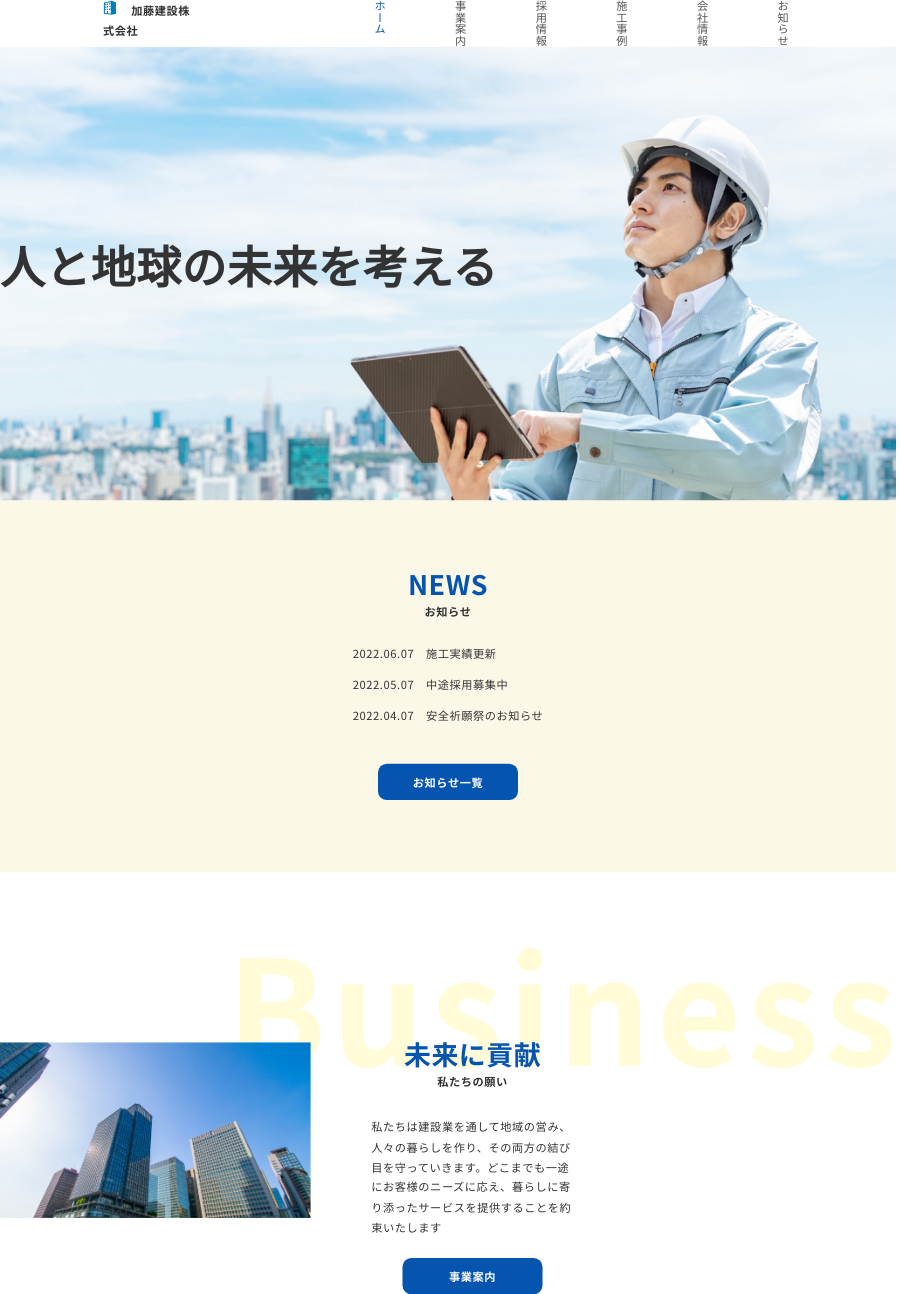
Repository: nozomi-23/hp1_test
Page: index.html
An editor plug-in stored every save of this project. The page is shown before and after the next save, followed by the edit.
The browser window is 1280 px wide. The page is 1289 px wide, so the pictures cover 1289 px, including what lies to the right of the window. The pictures show the whole page, at 70% of full size.

Above is the page before, as saved 2022-06-12 15:23:22.

### index.html
<!DOCTYPE html>
<html lang="ja">
<head>
<meta charset="UTF-8">
<title>加藤建設 株式会社</title>
<meta name="description" content="人と地球の未来を考える 加藤建設 株式会社">
<meta name="keywords" content="建築,土木,インフラ">
<meta name="viewport" content="width=device-width, initial-scale=1.0">
<meta property="og:title" content="建築依頼なら「加藤建設 株式会社」">
<meta property="og:type" content="article">
<meta property="og:url" content="https://withcode-plus.tech">
<meta property="og:image" content="img/logo.png">
<meta property="og:description" content="確かな技術力が自慢、インフラから地域貢献まで加藤建設にお任せ下さい">
<meta property="og:site_name" content="加藤建設 株式会社">
<link rel="icon" href="img/favicon.ico">
<link rel="apple-touch-icon" sizes="180x180" href="img/logo.png">
<link rel="preconnect" href="https://fonts.googleapis.com">
<link rel="preconnect" href="https://fonts.gstatic.com" crossorigin>
<link href="https://fonts.googleapis.com/css2?family=Noto+Sans+JP:wght@400;500;700&family=Noto+Serif+JP&display=swap"
  rel="stylesheet">
<link rel="stylesheet" type="text/css" href="css/reset.css">
<link rel="stylesheet" type="text/css" href="css/common1.css">
<link rel="stylesheet" type="text/css" href="css/index.css">
</head>
<body>
  <!-- =========header -->
  <header>
    <div class="header_wrapper">
      <div class="header_inner">
        <h1 class="header_left">加藤建設株式会社</h1>
        <nav class="header_right" >
          <ul class="header_list">
            <li><a href="#" class="color">ホーム</a></li>
            <li><a href="html/business.html">事業案内</a></li>
            <li><a href="html/recruit.html">採用情報</a></li>
            <li><a href="html/work.html">施工事例</a></li>
            <li><a href="html/company.html">会社情報</a></li>
            <li><a href="html/news.html">お知らせ</a></li>
          </ul>
        </nav>
      </div>
    </div>
  </header>
  <!-- =========main_view -->
  <main>
    <section class="main_wrapper">
      <div class="main_txt">
        <h3>人と地球の未来を考える</h3>
      </div>
    </section>
    <!-- =========news -->
    <section class="news section section_color">
      <div class="news_wrapper">
        <h2 class="title">NEWS<br>
          <small>お知らせ</small></h2>
        <ul class="news_list">
          <li>2022.06.07&emsp;施工実績更新</li>
          <li>2022.05.07&emsp;中途採用募集中</li>
          <li>2022.04.07&emsp;安全祈願祭のお知らせ</li>
        </ul>
        <div class="btn">
          <a href="html/news.html">お知らせ一覧</a>
        </div>
      </div>
    </section>
    <!-- =========business -->
    <section class="business section">
      <div class="business_wrapper">
        <div class="business_all">
          <div class="business_bg_wrapper">
            <div class="business_bg">
              <div class="business_bg_item">
                <p>Business</p>
              </div>
            </div>
          </div>
          <div class="business_block_wrapper">
            <div class="business_block_1">
              <img src="img/bussines_top.png" alt="事業案内画像">
            </div>
            <div class="business_block_2">
              <h2 class="title">未来に貢献<br>
                <small>私たちの願い</small>
              </h2>
              <p>私たちは建設業を通して地域の営み、人々の暮らしを作り、その両方の結び目を守っていきます。どこまでも一途にお客様のニーズに応え、暮らしに寄り添ったサービスを提供することを約束いたします</p>
              <div class="btn">
                <a href="html/business.html">事業案内</a>
              </div>
            </div>
          </div>
        </div>

      </div>
    </section>
  </main>
</body>
</html>

### css/reset.css
@charset "UTF-8";

html,
body,
div,
span,
object,
iframe,
h1,
h2,
h3,
h4,
h5,
h6,
p,
blockquote,
pre,
abbr,
address,
cite,
code,
del,
dfn,
em,
img,
ins,
kbd,
q,
samp,
small,
strong,
sub,
sup,
var,
b,
i,
dl,
dt,
dd,
ol,
ul,
li,
fieldset,
form,
label,
legend,
table,
caption,
tbody,
tfoot,
thead,
tr,
th,
td,
article,
aside,
canvas,
details,
figcaption,
figure,
footer,
header,
hgroup,
menu,
nav,
section,
summary,
time,
mark,
audio,
video {
  margin: 0;
  padding: 0;
  border: 0;
  outline: 0;
  font-size: 100%;
  vertical-align: baseline;
  background: transparent;
}

body {
  line-height: 1;
}

article,
aside,
details,
figcaption,
figure,
footer,
header,
hgroup,
menu,
nav,
section {
  display: block;
}

nav ul {
  list-style: none;
}

blockquote,
q {
  quotes: none;
}

blockquote:before,
blockquote:after,
q:before,
q:after {
  content: '';
  content: none;
}

a {
  margin: 0;
  padding: 0;
  font-size: 100%;
  vertical-align: baseline;
  background: transparent;
}

/* change colours to suit your needs */
ins {
  background-color: #ff9;
  color: #000;
  text-decoration: none;
}

/* change colours to suit your needs */
mark {
  background-color: #ff9;
  color: #000;
  font-style: italic;
  font-weight: bold;
}

del {
  text-decoration: line-through;
}

abbr[title],
dfn[title] {
  border-bottom: 1px dotted;
  cursor: help;
}

table {
  border-collapse: collapse;
  border-spacing: 0;
}

/* change border colour to suit your needs */
hr {
  display: block;
  height: 1px;
  border: 0;
  border-top: 1px solid #cccccc;
  margin: 1em 0;
  padding: 0;
}

input,
select {
  vertical-align: middle;
}

### css/common1.css
@charset "UTF-8";

body {
  color: #333;
  letter-spacing: 0.05em;
  line-height: 1.8;
  font-family: 'Noto Sans JP', sans-serif ,'Noto Serif JP', serif;
  word-break: break-all;
}
li {
  list-style: none;
}

a {
  text-decoration: none;
}
.section {
  padding: 8% 0;
  position: relative;
}


/* タイトル */
.title {
  color: #0554B0;
  font-weight: bold;
  font-size: 2.4rem;
  line-height: 0.8;
  text-align: center;
}
.title small {
  font-size: 1rem;
  color: #333;
}
/* ボタン */
.btn {
  background-color: #0554B0;
  width: 200px;
  margin: 0 auto;
  line-height: 2;
  border-radius: 0.8rem;
}
.btn a {
  display: block;
  color: #fff;
  font-weight: bold;
  padding: 5%;
  text-align: center;
}
.btn:hover {
  opacity: 0.5;
}

### css/index.css
@charset "UTF-8";

/* =================
header
===================*/
.header_wrapper {
  display: flex;
  justify-content: center;
}
.header_inner {
  width: 77%;
  display: flex;
  justify-content: space-between;

}
.header_list {
  display: table;
}
.header_list li {
  display: table-cell;
  writing-mode: vertical-rl;
}
.header_list li a {
  color: #555;
}
.header_list li a:hover {
  opacity: 0.5;
}
.header_list li a.color {
  color: #0554B0;
}

.header_left::before {
  content: "";
  background: url(../img/name_icon.png) no-repeat ;
  background-size: contain;
  width: 30%;
  height: 30%;
  z-index: 1;
  display: inline-block;
}

/* =================
main_view
===================*/
.main_wrapper {
  background: url(../img/top_img.png)no-repeat center;
  background-size: cover;
  width: 100%;
  height: 90vh;
}
.main_txt {
  font-size: 4rem;
  font-weight: normal;
  font-family: 'Noto Serif JP';
  position: relative;
  top: 40%;
}
/* =================
news
===================*/
.section_color {
  background-color: #FCF8E8;
}
.news {
  text-align: center;
  display: block;
}

.news_list {
  padding: 3%;
  text-align: left;
  display: inline-block;

}
.news_list li {
  margin-bottom: 1rem;
}
/* =================
business
===================*/
.business_wrapper {
  position: absolute;
  top: 0;
}
.business_all {
  position: relative;
}
.business_block_wrapper {
  width: 100%;
  height: auto;
  display: flex;
  justify-content: space-between;
  position: absolute;
  top: 65%;
}


.business_block_1 {
  width: 46%;
}
.business_block_1 img{
  width: 100%;
  height: auto;
}
.business_block_2 {
  width: 30%;
  margin-right: 15%;
}

.business_block_2 p {
  padding: 15% 0 10% 0;
}
.business_bg {
  width: 80%;

}
.business_bg_wrapper {
  width: 83%;
  margin-left: auto;
}
.business_bg_item {
  width: 100%;
  /* background-color: aqua; */
}
.business_bg {
  margin-left: auto;
}
.business_bg_item p {
  color: rgba(255, 245, 109, 0.27);
  font-size: 13rem;
  font-weight: 700;
  white-space: nowrap;
  letter-spacing: 0.5rem;
  }

After the next save:
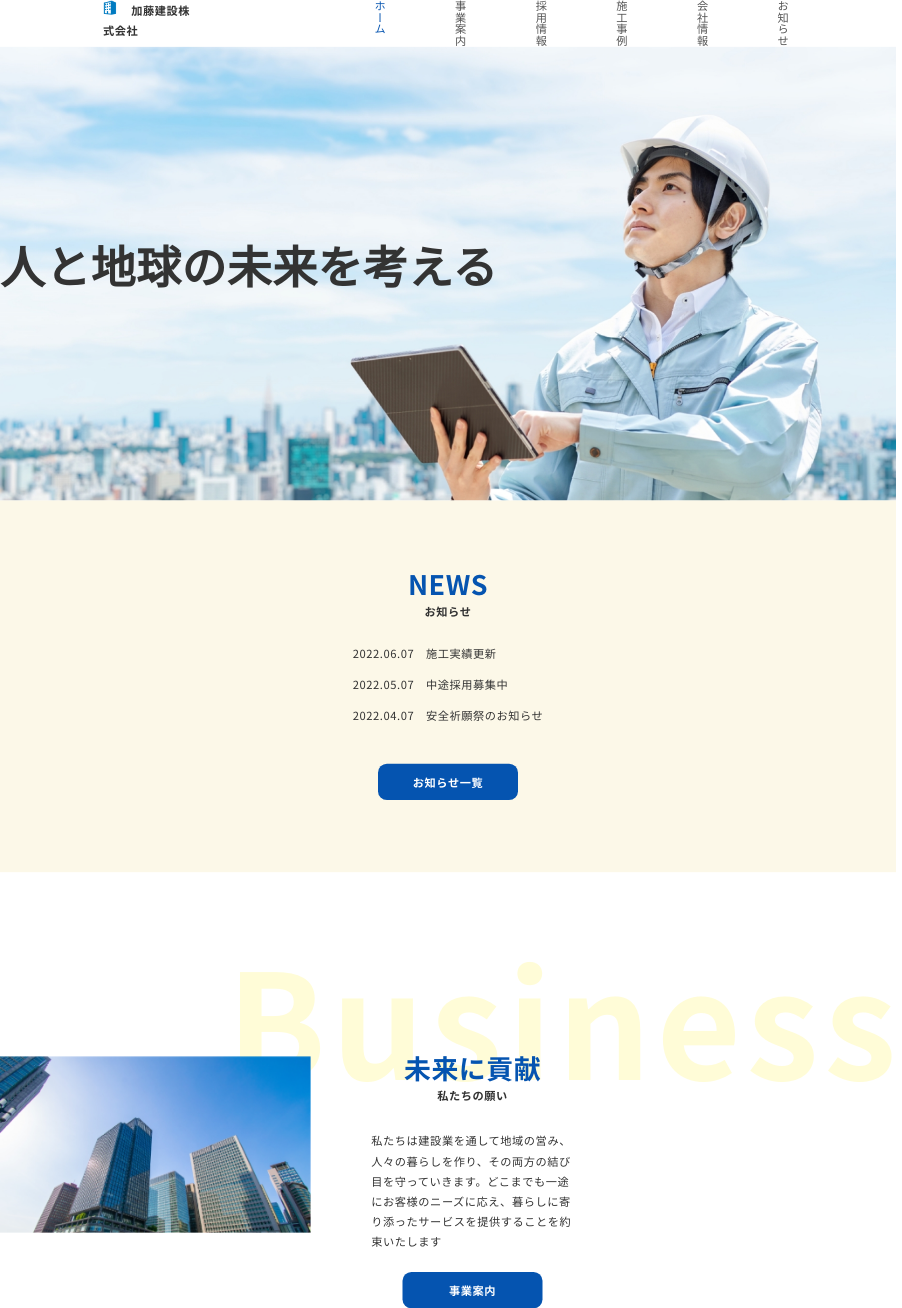
Saved 8 s later.
--- a/css/index.css
+++ b/css/index.css
@@ -81,7 +81,8 @@ business
 ===================*/
 .business_wrapper {
   position: absolute;
-  top: 0;
+  top: 10%;
+  left: 0;
 }
 .business_all {
   position: relative;
